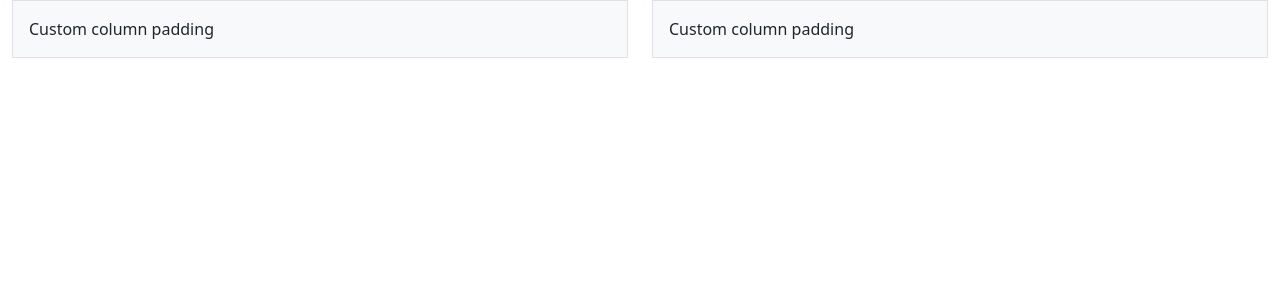
Repository: SaudCh/Web-Mid-Exams
Page: /home
The author's editor kept a copy of each file at every save. The page is drawn from the files as they stood at one save, then again after a run of saves.
The browser window is 1280 px wide. The pictures show the whole page.
The project was rebuilt for these pictures with package versions that can differ from the ones it lists, and the page was loaded fresh each time. Also part of the build but not shown: src/Error/error.jsx.

Above is the page before, as saved 2021-11-22 00:44:03.

After the next 2 saves:
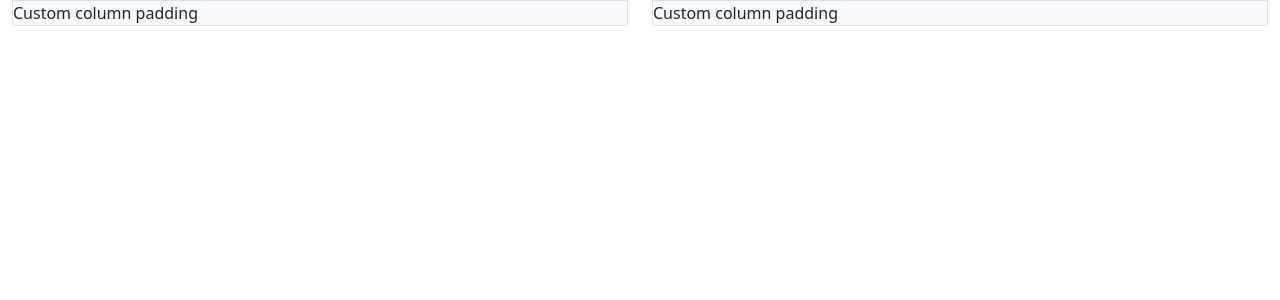
The 2 saves are shown as one change because they came seconds apart.
The last was saved 10 s later.
--- a/src/Home/home.jsx
+++ b/src/Home/home.jsx
@@ -5,10 +5,10 @@
     <div class="container-fluid">
       <div class="row">
         <div class="col-6">
-          <div class="p-3 border bg-light">Custom column padding</div>
+          <div class="border bg-light">Custom column padding</div>
         </div>
         <div class="col-6">
-          <div class="p-3 border bg-light">Custom column padding</div>
+          <div class="border bg-light">Custom column padding</div>
         </div>
       </div>
     </div>
